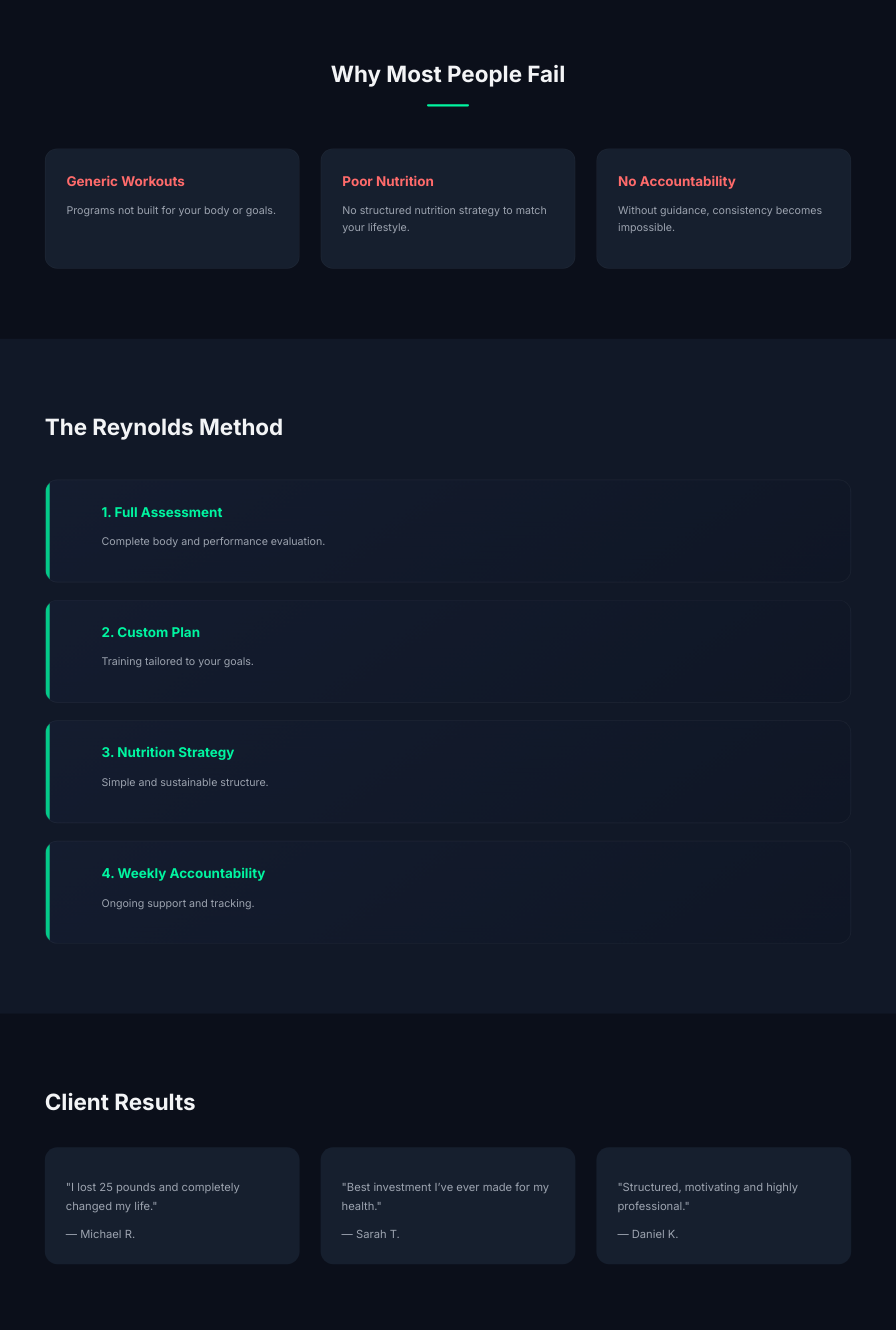
Repository: davidfsillva/Landing-page-pro
Page: index.html
An editor plug-in stored every save of this project. The page is shown before and after a run of saves, followed by the edit.
The browser window is 1280 px wide. The pictures show the part of the page from y = 740 to 2640 px (the page is 3174 px tall), at 70% of full size.

Above is the page before, as saved 2026-02-25 19:16:08.

After the next 2 saves:
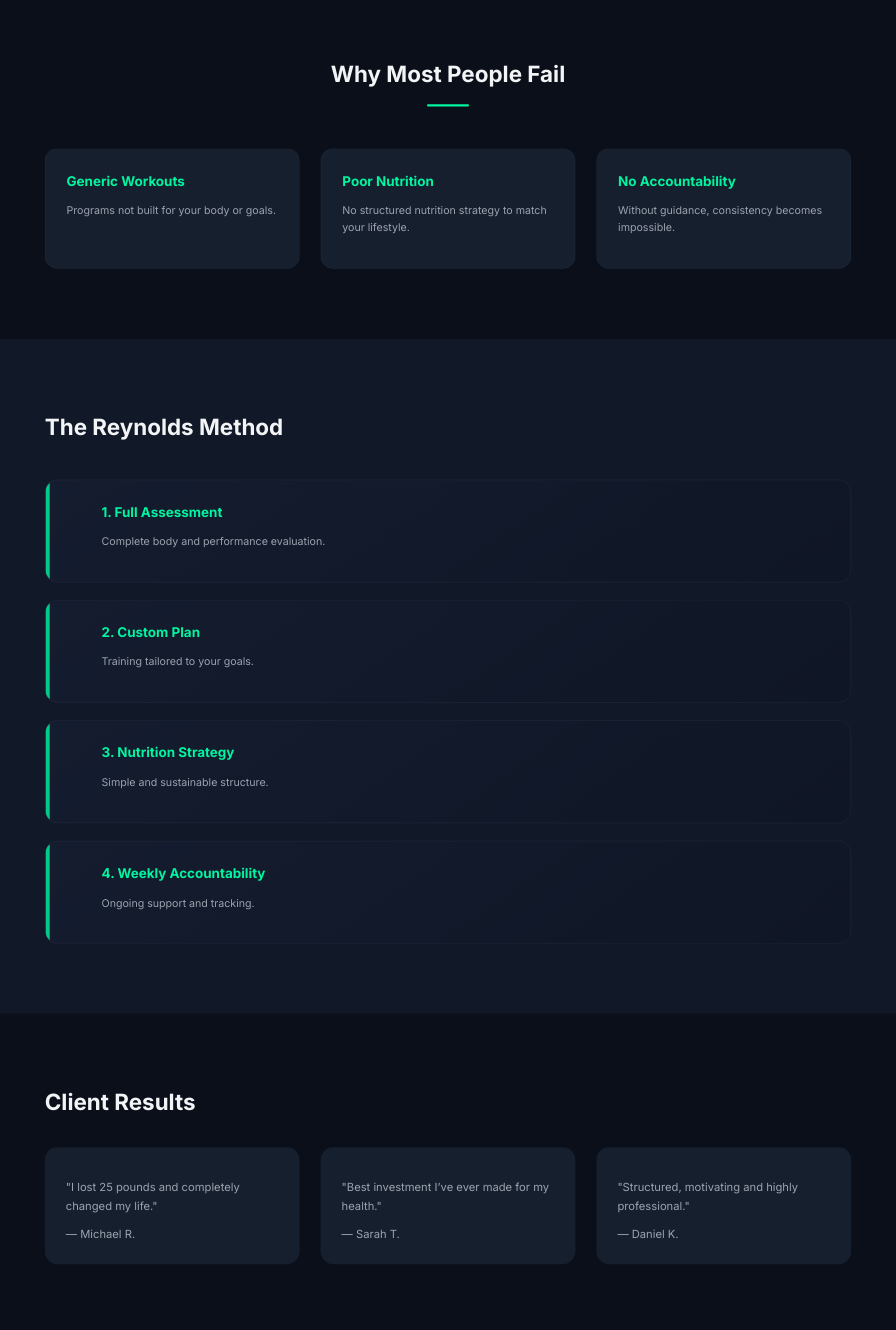
The 2 saves are shown as one change because they came seconds apart.
The last was saved 15 s later.
--- a/style.css
+++ b/style.css
@@ -217,7 +217,7 @@ p {
 }
 
 .card h3 {
-    color: #ff6b6b;
+    color: var(--accent);
     font-size: 1.2rem;
     margin-bottom: 15px;
 }
